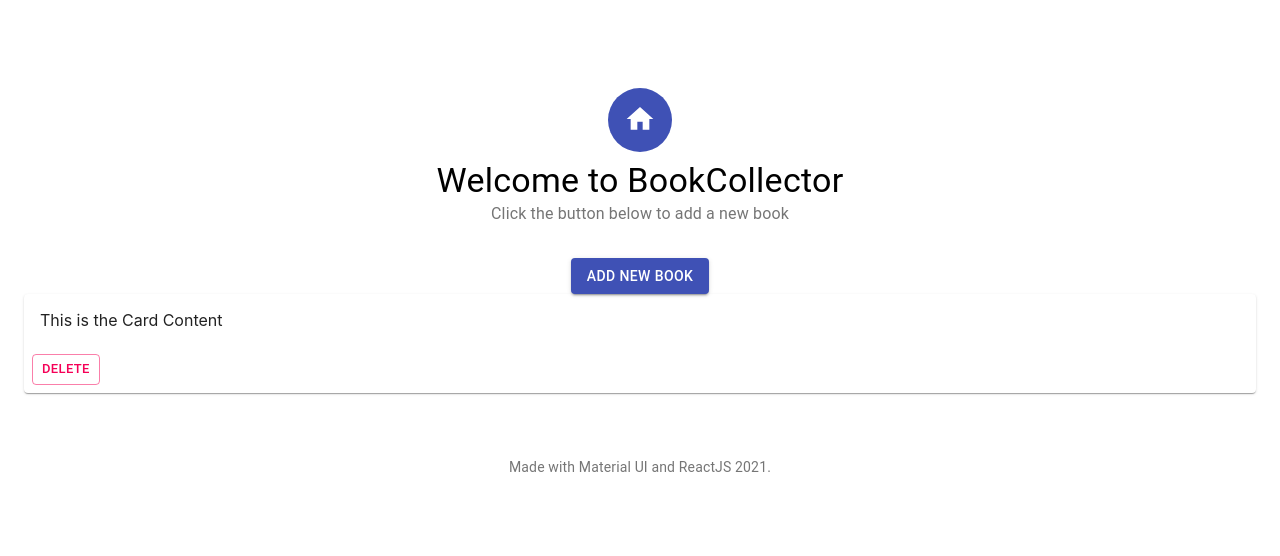
Repository: Colo-Codes/mini-project-react-book-collector
Page: /
The author's editor kept a copy of each file at every save. The page is drawn from the files as they stood at one save, then again after the next save.
The browser window is 1280 px wide. The pictures show the whole page.
The project was rebuilt for these pictures with package versions that can differ from the ones it lists, and the page was loaded fresh each time. Also part of the build but not shown: src/Books/AddBookForm.js.

Above is the page before, as saved 2021-08-25 08:42:01.

### src/App.js
import React, { useState } from 'react';

import { Box, Button, makeStyles, Container, Grid, Card, CardContent, CardActions } from '@material-ui/core';
import { Home } from '@material-ui/icons';

import AddBookForm from './Books/AddBookForm';
import Copyright from './UI/Copyright';
import Header from './UI/Header';

const useStyles = makeStyles(theme => ({
  paper: {
    marginTop: theme.spacing(10),
    display: 'flex',
    flexDirection: 'column',
    alignItems: 'center',
  },
  icon: {
    color: 'white',
    width: theme.spacing(4),
    height: theme.spacing(4),
  },
  button: {
    marginTop: theme.spacing(4),
  }
}));

function App() {
  const [showAddBookForm, setShowAddBookForm] = useState(false);

  const classes = useStyles();

  const addNewBookHandler = () => {
    setShowAddBookForm(true);
  }

  return (
    <React.Fragment>
      <header className={classes.paper}>
        {showAddBookForm && <AddBookForm />} {/* Conditional Rendering */}
        {!showAddBookForm && <Header headerIcon={<Home className={classes.icon} />} headerContent={'Welcome to BookCollector'} textContent={'Click the button below to add a new book'} />} {/* Conditional Rendering */}
        {!showAddBookForm && <Button variant="contained" color="primary" onClick={addNewBookHandler} className={classes.button} >Add new book</Button>} {/* Conditional Rendering */}
      </header>
      <main>
        <Container>
          <Grid>
            <Card>
              <CardContent>
                This is the Card Content
              </CardContent>
              <CardActions>
                <Button variant="outlined" size="small" color="secondary">
                  Delete
                </Button>
              </CardActions>
            </Card>

          </Grid>

        </Container>
      </main>
      <footer>
        <Box mt={8}><Copyright /></Box>
      </footer>
    </React.Fragment>
  );
}

export default App;

### src/UI/Copyright.js
import { Typography } from "@material-ui/core";
import { Link } from "@material-ui/core";

function Copyright() {
    return (
        <Typography variant="body2" color="textSecondary" align="center">
            {'Made with '}
            <Link color="inherit" href="https://material-ui.com/" target="_blank">
                Material UI
            </Link>{' and '}
            <Link color="inherit" href="https://reactjs.org/" target="_blank">
                ReactJS
            </Link>{' '}
            {new Date().getFullYear()}
            {'.'}
        </Typography>
    );
}

export default Copyright;

### src/UI/Header.js
import { Avatar, Typography, makeStyles } from "@material-ui/core";
import { Home } from '@material-ui/icons';

const useStyles = makeStyles(theme => ({
    paper: {
        // marginTop: theme.spacing(10),
        display: 'flex',
        flexDirection: 'column',
        alignItems: 'center',
    },
    avatar: {
        margin: theme.spacing(1),
        width: theme.spacing(8),
        height: theme.spacing(8),
        backgroundColor: theme.palette.primary.main,
    },
    lightGray: {
        color: theme.palette.text.secondary,
    },
}));

const Header = props => {
    const classes = useStyles();

    return (
        <div className={classes.paper}>
            <Avatar className={classes.avatar}>
                <div className={classes.icon}>{props.headerIcon}</div>
            </Avatar>
            <Typography variant="h4" component="h2">{props.headerContent}</Typography>
            <Typography variant="body1" className={classes.lightGray}>{props.textContent}</Typography>
        </div>
    );
}

export default Header;

Loaded but not shown: public/index.html (common file); src/index.js (common file); src/index.css (common file)

After the next save:
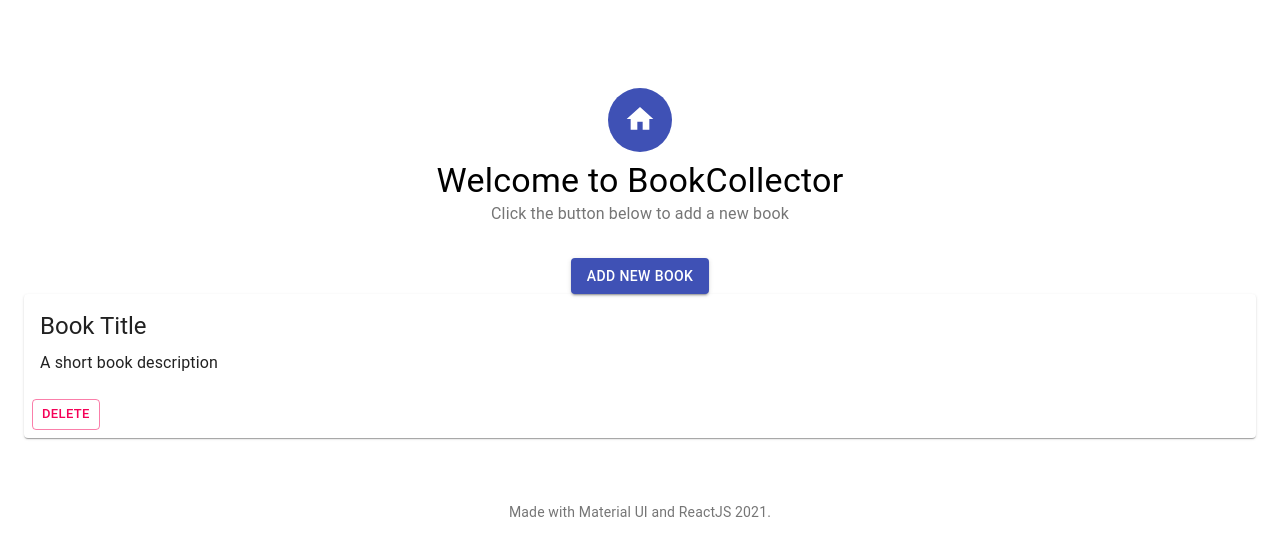
Saved 74 s later.
--- a/src/App.js
+++ b/src/App.js
@@ -1,6 +1,6 @@
 import React, { useState } from 'react';
 
-import { Box, Button, makeStyles, Container, Grid, Card, CardContent, CardActions } from '@material-ui/core';
+import { Box, Button, makeStyles, Container, Grid, Card, CardContent, CardActions, Typography } from '@material-ui/core';
 import { Home } from '@material-ui/icons';
 
 import AddBookForm from './Books/AddBookForm';
@@ -45,7 +45,12 @@ function App() {
           <Grid>
             <Card>
               <CardContent>
-                This is the Card Content
+                <Typography gutterBottom variant="h5" component="h2">
+                  Book Title
+                </Typography>
+                <Typography variant="body1">
+                  A short book description
+                </Typography>
               </CardContent>
               <CardActions>
                 <Button variant="outlined" size="small" color="secondary">
